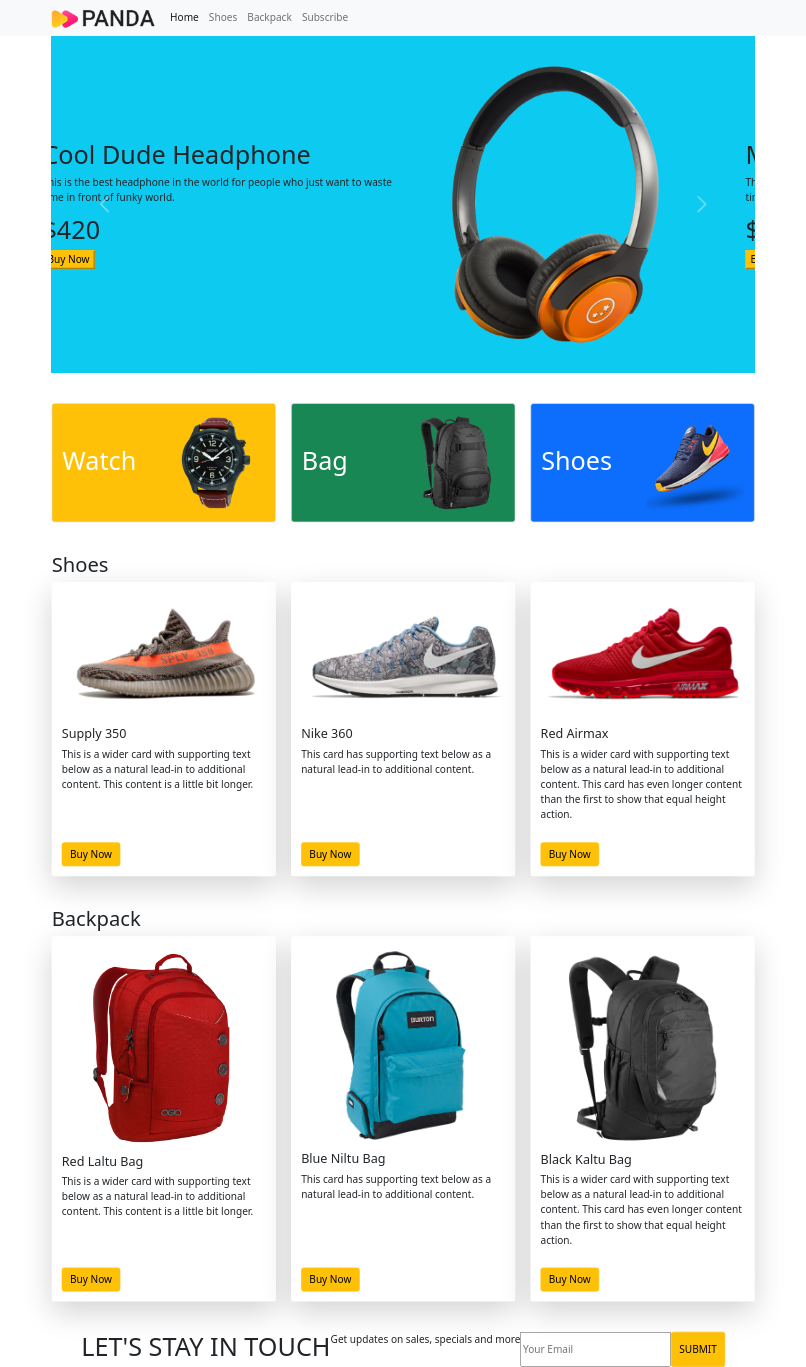
Repository: mdmohiddin/panda-commerce-rp
Page: index.html
The author's editor kept a copy of each file at every save. The page is drawn from the files as they stood at one save, then again after the next save.
The browser window is 1280 px wide. The pictures show the whole page, at 63% of full size.

Above is the page before, as saved 2021-07-28 19:42:20.

After the next save:
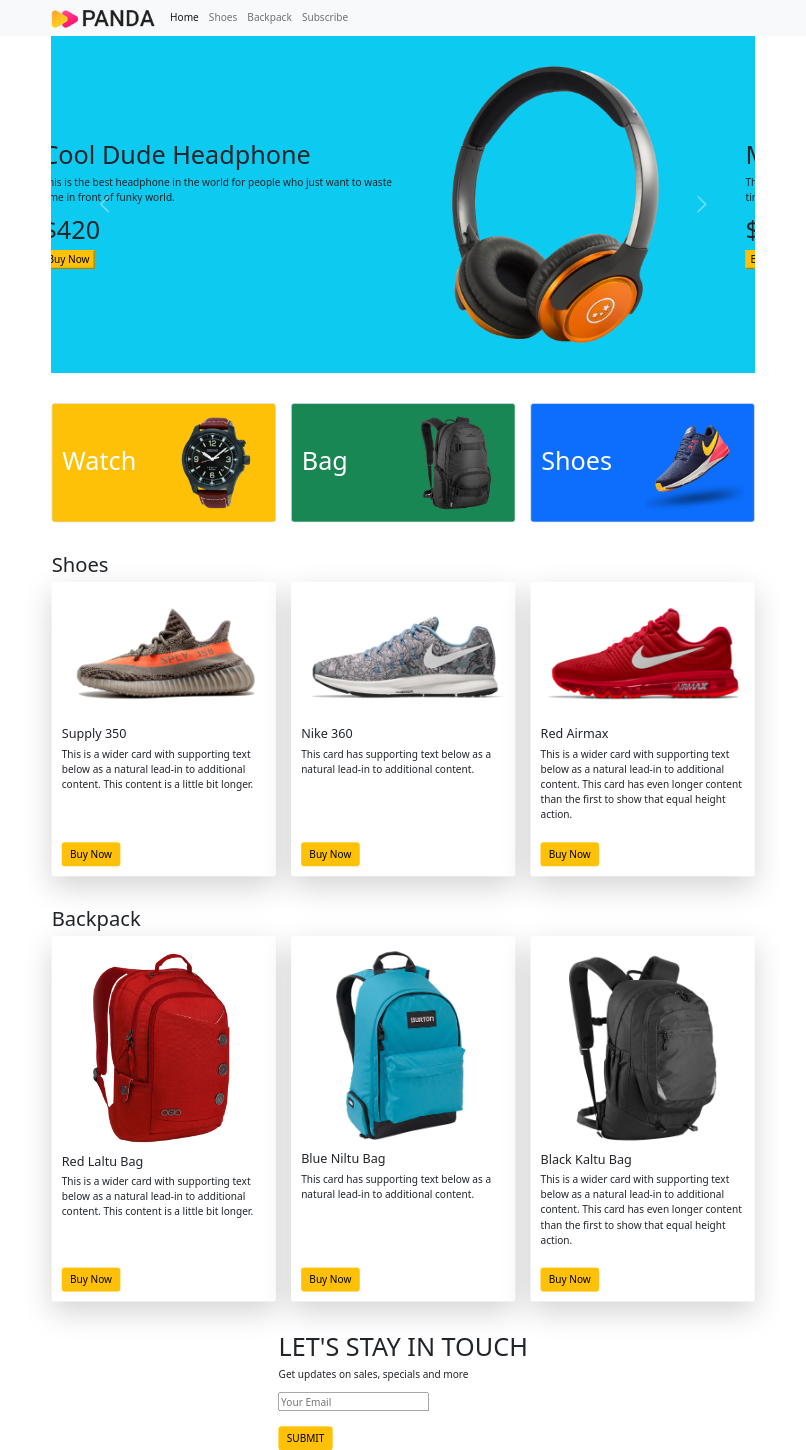
Saved 38 s later.
--- a/index.html
+++ b/index.html
@@ -229,11 +229,13 @@
 
         <!-- Subscription -->
         <section class="container d-flex justify-content-center">
-            <h1>LET'S STAY IN TOUCH</h1>
-            <p>Get updates on sales, specials and more</p>
-            <input type="text" placeholder="Your Email">
-            <br><br>
-            <button class="btn btn-warning">SUBMIT</button>
+            <div>
+                <h1>LET'S STAY IN TOUCH</h1>
+                <p>Get updates on sales, specials and more</p>
+                <input type="text" placeholder="Your Email">
+                <br><br>
+                <button class="btn btn-warning">SUBMIT</button>
+                </div>
         </section>
     </main>
     <footer>
